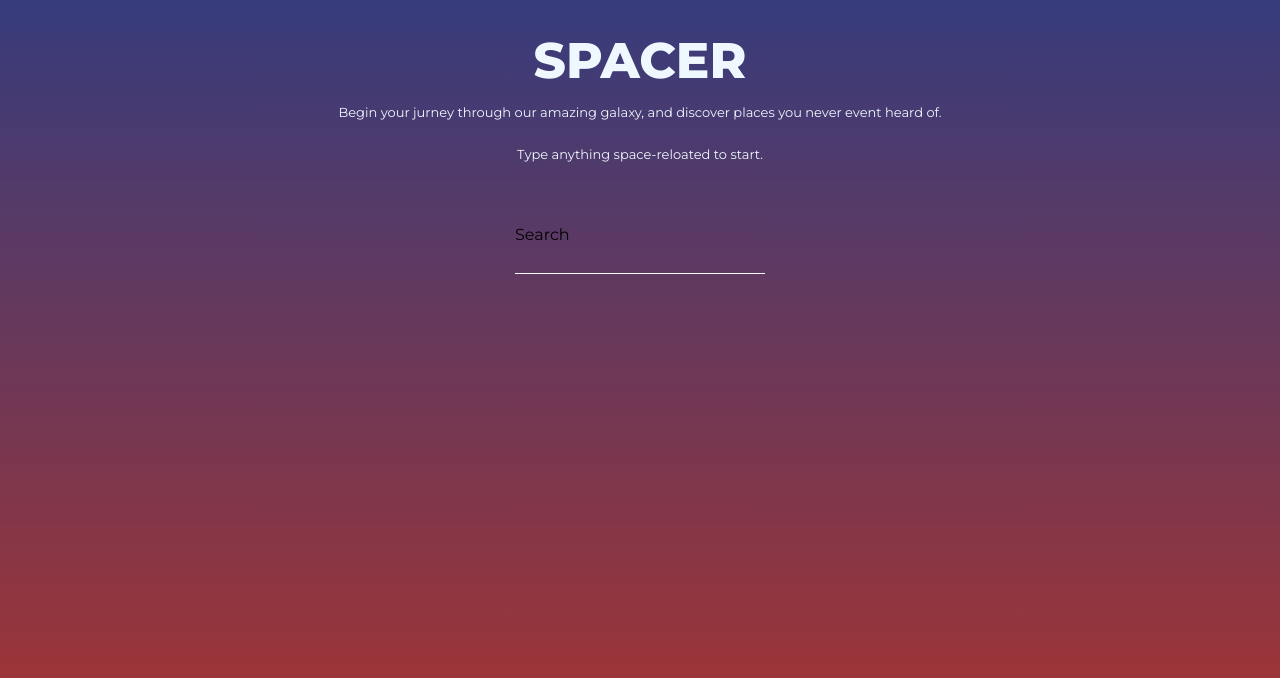
Repository: kamilluc/space-vue
Page: /
An editor plug-in stored every save of this project. The page is shown before and after the next save, followed by the edit.
The browser window is 1280 px wide. The pictures show the whole page.
The first visible `input` has the focus.
The project was rebuilt for these pictures with package versions that can differ from the ones it lists, and the page was loaded fresh each time. Also part of the build but not shown: src/views/About.vue.

Above is the page before, as saved 2018-08-08 23:43:36.

### public/index.html
<!DOCTYPE html>
<html lang="en">
  <head>
    <meta charset="utf-8">
    <meta http-equiv="X-UA-Compatible" content="IE=edge">
    <meta name="viewport" content="width=device-width,initial-scale=1.0">
    <link rel="icon" href="<%= BASE_URL %>favicon.ico">
    <title>space-vue</title>
  </head>
  <body>
    <noscript>
      <strong>We're sorry but space-vue doesn't work properly without JavaScript enabled. Please enable it to continue.</strong>
    </noscript>
    <div id="app"></div>
    <!-- built files will be auto injected -->
  </body>
</html>

### src/App.vue
<template>
  <div class="app">
    <!-- <div class="nav">
      <router-link to="/">spacer</router-link>
      <router-link to="/about">about</router-link>
    </div> -->
    <router-view />
  </div>
</template>

<style lang="scss">
@import url("https://fonts.googleapis.com/css?family=Montserrat:300,400,600,800");

* {
  box-sizing: border-box;
}
body {
  font-family: "Montserrat", sans-serif;
  margin: 0;
  padding: 0;
}
</style>

### src/router.js
import Vue from "vue";
import Router from "vue-router";
import Search from "./views/Search.vue";
import About from "./views/About.vue";

Vue.use(Router);

export default new Router({
  routes: [
    {
      path: "/",
      name: "Search",
      component: Search
    },
    {
      path: "/about",
      name: "About",
      component: About
    }
  ]
});

### src/views/Search.vue
<template>
  <div class="wrapper">
        <HeroImage />

    <Claim />
    <SearchInput />
    <!-- <div class="search">
      <label for="search">Search</label>
      <input type="text" id="search"
      name="search"
      v-model="searchValue"
      @input="handleInput"
      /> -->
      <!-- <ul>
      <li v-for="item in results" :key="item.data[0].nasa_id">
          <p>{{item.data[0].description}}</p>
      </li>
      </ul> -->
    <!-- </div> -->
  </div>
</template>

<script>
import axios from "axios";
import debounce from "lodash.debounce";
import Claim from "@/components/Claim";
import SearchInput from "@/components/SearchInput";
import HeroImage from "@/components/HeroImage";

const API = "https://images-api.nasa.gov/search?q=";

export default {
  name: "Search",
  components: { Claim, SearchInput, HeroImage },
  data() {
    return {
      searchValue: "",
      results: []
    };
  },
  methods: {
    // handleInput(e) {
    //   axios
    //     .get(`${API}${this.searchValue}&media_type=image`)
    //     .then(res => {
    //       console.log(res);
    //     })
    //     .catch(err => {
    //       console.log(err);
    //     });
    // }

    handleInput: debounce(function() {
      axios
        .get(`${API}${this.searchValue}&media_type=image`)
        .then(res => {
          // console.log(res);
          this.results = res.data.collection.items;
        })
        .catch(err => {
          console.log(err);
        });
    }, 500)
  }
};
</script>

<style lang="scss" scoped>
.wrapper {
  display: flex;
  flex-direction: column;
  align-items: center;
  margin: 0;
  padding: 30px;
  // width: 100%;
  // height: 100vh;
  justify-content: center;
  // background: linear-gradient(#444b9b, #e66465);
}
</style>

### src/components/Claim.vue
<template>
  <div class="claim-wrapper">
    <h1 class="claim">SPACER</h1>
    <p class="subclaim">
        Begin your jurney through our amazing galaxy,
        and discover places you never event heard of.
    </p>
     <p class="subclaim">
        Type anything space-reloated to start.
    </p>
  </div>
</template>

<script>
export default {
  name: "Claim"
};
</script>

<style lang="scss" scoped>
.claim-wrapper {
  text-align: center;
  display: flex;
  flex-direction: column;
  justify-content: center;
  align-items: center;
  color: aliceblue;
}

.claim {
  font-size: 50px;
  margin: 0;
}

.subclaim {
  margin-top: 20px 0 0 0;
  font-size: 13px;
}
</style>

### src/components/SearchInput.vue
<template>
    <div class="searchinput-wrapper">
      <label for="search">Search</label>
      <input type="text" id="search"
      name="search"
      v-model="searchValue"
      @input="handleInput"
      />
      <!-- <ul>
      <li v-for="item in results" :key="item.data[0].nasa_id">
          <p>{{item.data[0].description}}</p>
      </li>
      </ul> -->
    </div>
</template>

<script>
export default {
  name: "SearchInput"
};
</script>

<style lang="scss" scoped>
.searchinput-wrapper {
  display: flex;
  flex-direction: column;
  margin-top: 50px;
  width: 250px;
}

input {
  height: 30px;
  border: 0;
  background: none;
  border-bottom: 1px solid white;
}

input:focus {
  outline: none;
}
</style>

### src/components/HeroImage.vue
<template>
    <div class="heroImage"></div>
</template>

<script>
export default {
  name: "HeroImage"
};
</script>

<style lang="scss" scoped>
.heroImage {
  position: fixed;
  top: 0;
  z-index: -1;
  width: 100%;
  height: 100vh;
  background: linear-gradient(#444b9b, #ca4141);
}

.heroImage::after {
  content: "";
  background: rgba(0, 0, 0, 0.2);
  position: absolute;
  top: 0;
  left: 0;
  z-index: 1;
  width: 100%;
  height: 100vh;
}
</style>

Loaded but not shown: src/main.js (common file)

After the next save:
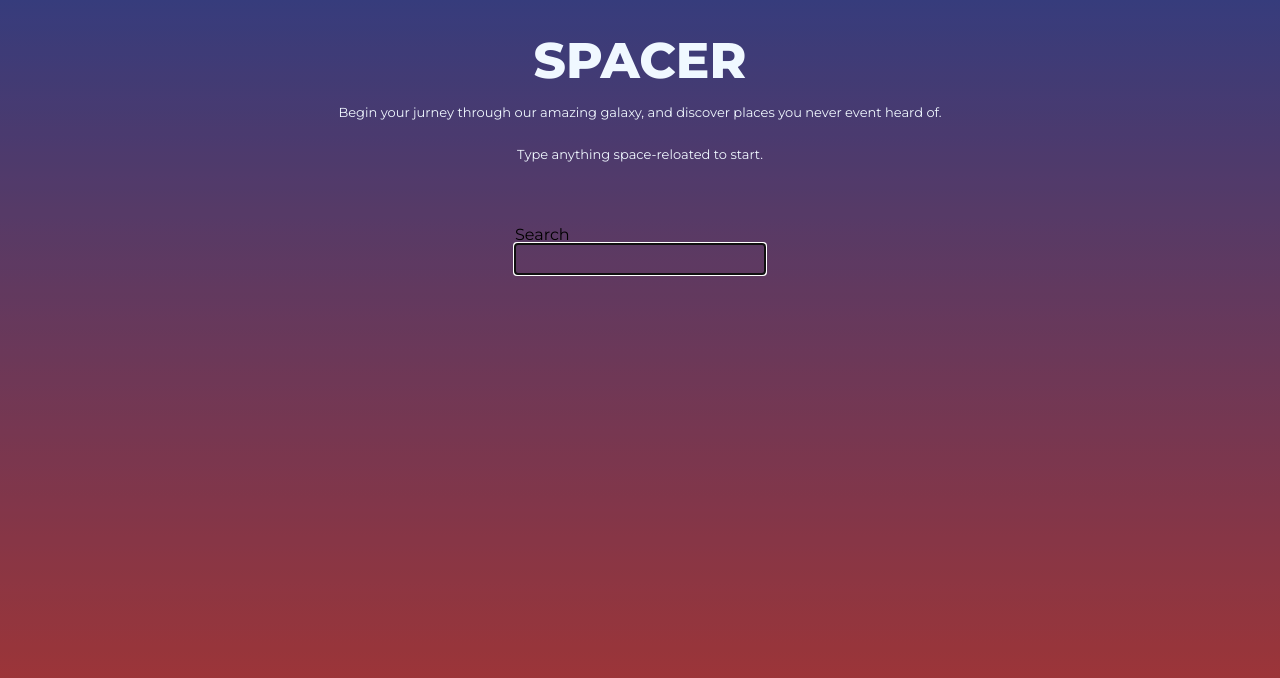
Saved 14 s later.
--- a/src/components/SearchInput.vue
+++ b/src/components/SearchInput.vue
@@ -36,6 +36,6 @@
 }
 
 input:focus {
-  outline: none;
+  //   outline: none;
 }
 </style>
